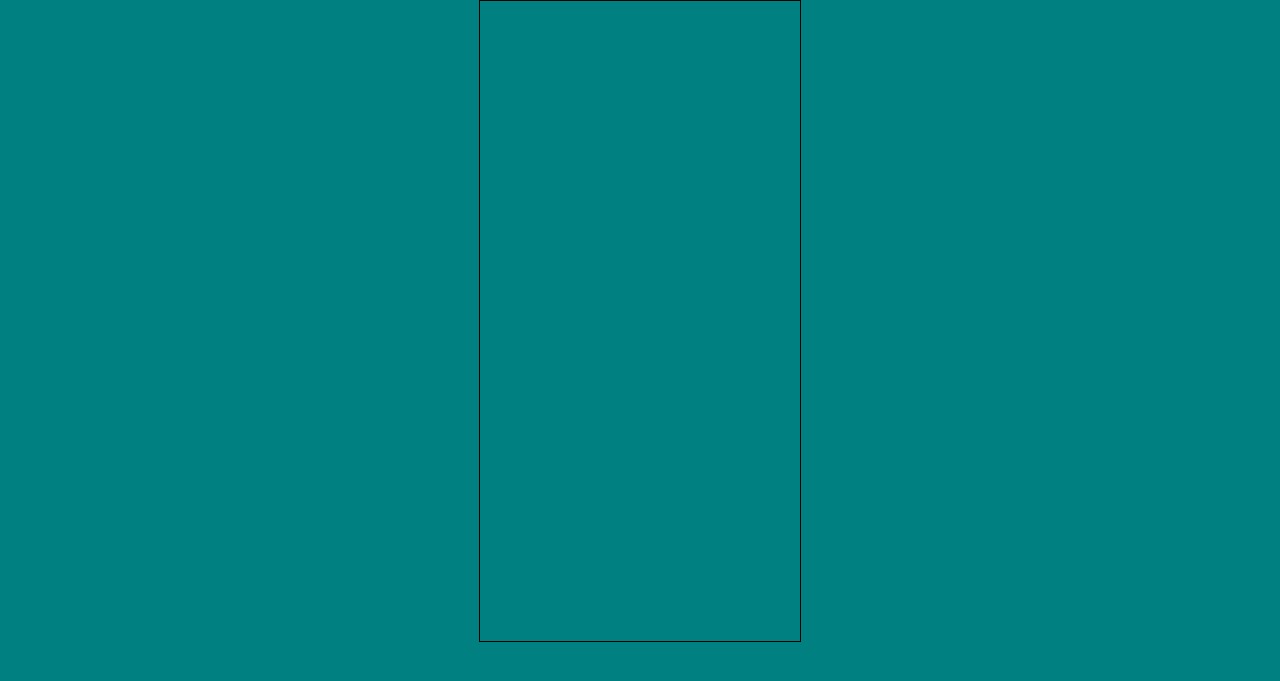
Repository: qtqqrdy13/tetris
Page: index.html
An editor plug-in stored every save of this project. The page is shown before and after the next save, followed by the edit.
The browser window is 1280 px wide. The pictures show the whole page.

Above is the page before, as saved 2023-11-18 13:50:58.
Console error: TypeError: Math.cell is not a function

After the next save:
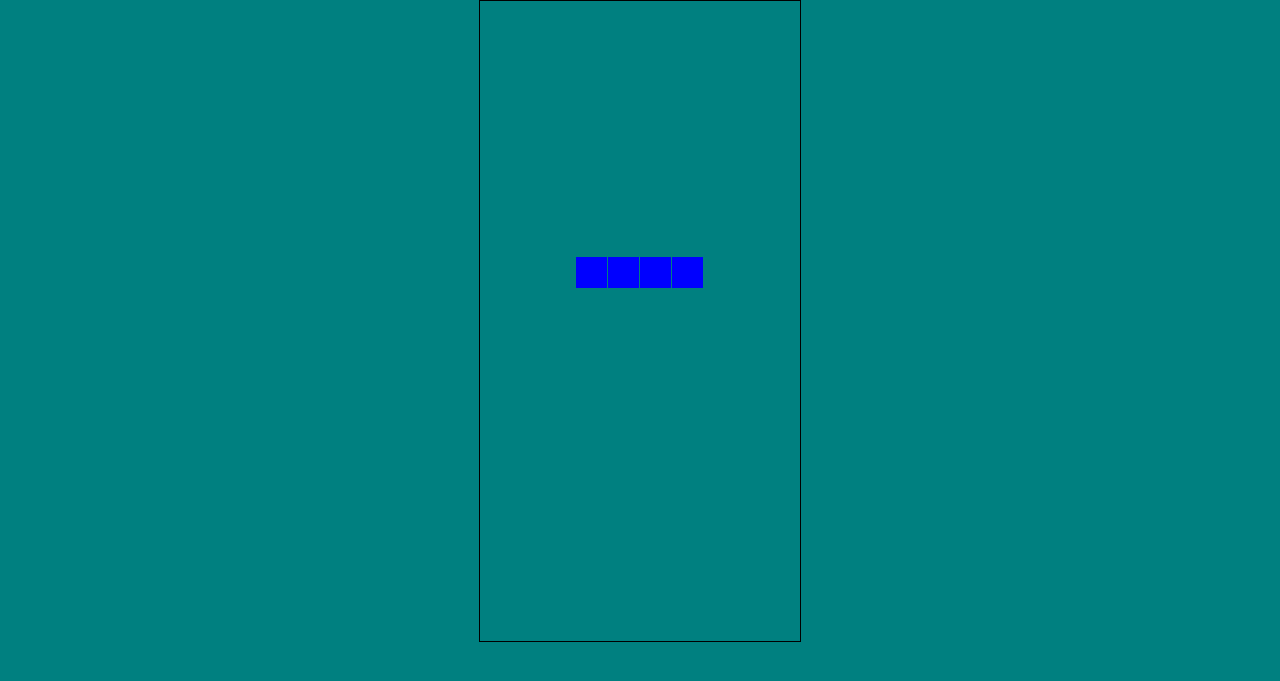
The error is gone.
Saved 2 min 2 s later.
--- a/script.js
+++ b/script.js
@@ -20,7 +20,7 @@ function getNextTetromino() {
     }
     const name = tetrominoSequence.pop();
     const matrix = tetrominos[name];
-    const col = playfield[0].length / 2 - Math.cell(matrix[0].length / 2);
+    const col = playfield[0].length / 2 - Math.ceil(matrix[0].length / 2);
     const row = name === 'I' ? - 1 : - 2;
     return {
         name: name,
